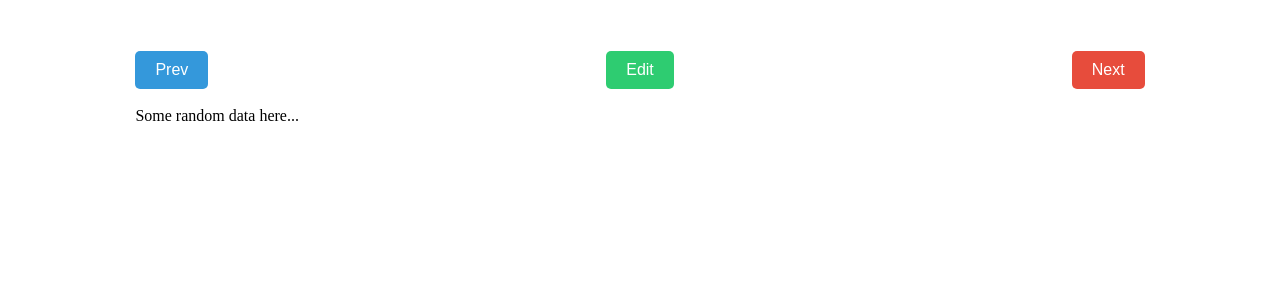
Repository: NopeImNotHere/dotfiles
Page: workspace/playspace/test.html/test.html
An editor plug-in stored every save of this project. The page is shown before and after the next save, followed by the edit.
The browser window is 1280 px wide. The pictures show the whole page.

Above is the page before, as saved 2024-03-20 14:02:29.

### workspace/playspace/test.html/test.html
<!DOCTYPE html>
<html lang="en">

<head>
  <meta charset="UTF-8">
  <meta name="viewport" content="width=device-width, initial-scale=1.0">
  <title>Flexbox Buttons</title>
  <style>
    table {
      width: 80%;
      margin: 50px auto;
      border-collapse: collapse;
    }

    .container {
      display: flex;
      justify-content: space-between;
      align-items: center;
      width: 100%;
    }

    button {
      padding: 10px 20px;
      font-size: 16px;
      border: none;
      border-radius: 5px;
      cursor: pointer;
    }

    .prev {
      background-color: #3498db;
      color: white;
    }

    .edit {
      background-color: #2ecc71;
      color: white;
    }

    .next {
      background-color: #e74c3c;
      color: white;
    }
  </style>
</head>

<body>

  <table>
    <tr>
      <td>
        <div class="container">
          <button class="prev">Prev</button>
          <button class="edit">Edit</button>
          <button class="next">Next</button>
        </div>
      </td>
    </tr>
    <tr>
      <td>
        <p>Some random data here...</p>
      </td>
    </tr>
  </table>

</body>

</html>

After the next save:
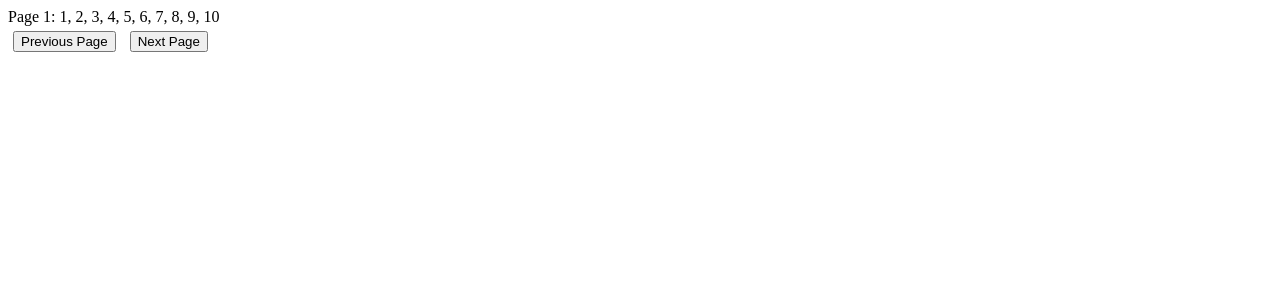
Console error: TypeError: Cannot read properties of null (reading 'addEventListener')
Saved 4 h 31 min later.
--- a/workspace/playspace/test.html/test.html
+++ b/workspace/playspace/test.html/test.html
@@ -4,65 +4,71 @@
 <head>
   <meta charset="UTF-8">
   <meta name="viewport" content="width=device-width, initial-scale=1.0">
-  <title>Flexbox Buttons</title>
+  <title>Paginator Test</title>
   <style>
-    table {
-      width: 80%;
-      margin: 50px auto;
-      border-collapse: collapse;
-    }
-
-    .container {
-      display: flex;
-      justify-content: space-between;
-      align-items: center;
-      width: 100%;
-    }
-
     button {
-      padding: 10px 20px;
-      font-size: 16px;
-      border: none;
-      border-radius: 5px;
-      cursor: pointer;
-    }
-
-    .prev {
-      background-color: #3498db;
-      color: white;
-    }
-
-    .edit {
-      background-color: #2ecc71;
-      color: white;
-    }
-
-    .next {
-      background-color: #e74c3c;
-      color: white;
+      margin: 5px;
     }
   </style>
 </head>
 
 <body>
+  <div id="paginator"></div>
+  <script>
+    class Paginator {
+      constructor(data, itemsPerPage) {
+        this.data = data;
+        this.itemsPerPage = itemsPerPage;
+        this.currentPage = 1;
+      }
 
-  <table>
-    <tr>
-      <td>
-        <div class="container">
-          <button class="prev">Prev</button>
-          <button class="edit">Edit</button>
-          <button class="next">Next</button>
-        </div>
-      </td>
-    </tr>
-    <tr>
-      <td>
-        <p>Some random data here...</p>
-      </td>
-    </tr>
-  </table>
+      getTotalPages() {
+        return Math.ceil(this.data.length / this.itemsPerPage);
+      }
 
+      goToPage(pageNumber) {
+        if (pageNumber < 1 || pageNumber > this.getTotalPages()) {
+          console.error("Invalid page number");
+          return;
+        }
+        this.currentPage = pageNumber;
+        this.displayCurrentPage();
+      }
+
+      nextPage() {
+        if (this.currentPage < this.getTotalPages()) {
+          this.currentPage++;
+          this.displayCurrentPage();
+        }
+      }
+
+      prevPage() {
+        if (this.currentPage > 1) {
+          this.currentPage--;
+          this.displayCurrentPage();
+        }
+      }
+
+      displayCurrentPage() {
+        const start = (this.currentPage - 1) * this.itemsPerPage;
+        const end = start + this.itemsPerPage;
+        const currentPageData = this.data.slice(start, end);
+        document.getElementById('paginator').innerText = `Page ${this.currentPage}: ${currentPageData.join(', ')}`;
+      }
+    }
+
+    // Example usage:
+    const data = Array.from({ length: 100 }, (_, i) => i + 1); // Example data from 1 to 100
+    const itemsPerPage = 10;
+    const paginator = new Paginator(data, itemsPerPage);
+    paginator.displayCurrentPage();
+
+    // Button event listeners
+    document.getElementById('prevBtn').addEventListener('click', () => paginator.prevPage());
+    document.getElementById('nextBtn').addEventListener('click', () => paginator.nextPage());
+  </script>
+  <button id="prevBtn">Previous Page</button>
+  <button id="nextBtn">Next Page</button>
 </body>
 
 </html>
